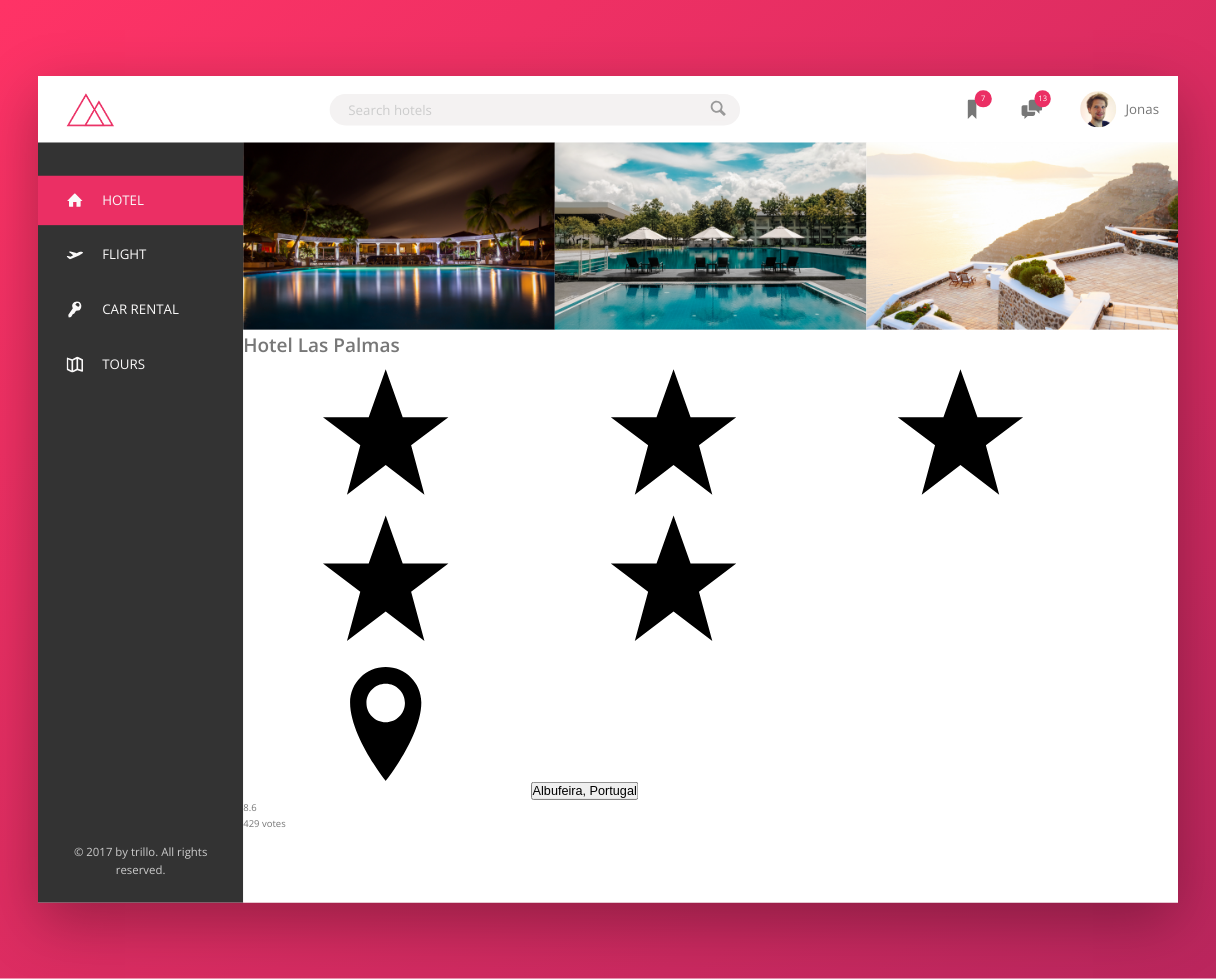
Repository: MalgorzataMazur/Trillo
Page: index.html
An editor plug-in stored every save of this project. The page is shown before and after the next save, followed by the edit.
The browser window is 1280 px wide. The pictures show the whole page, at 95% of full size.
The style sheet was rebuilt from its Sass, Less or Tailwind sources for each picture, by a compiler version that may differ from the author's.

Above is the page before, as saved 2020-03-27 11:59:09.

After the next save:
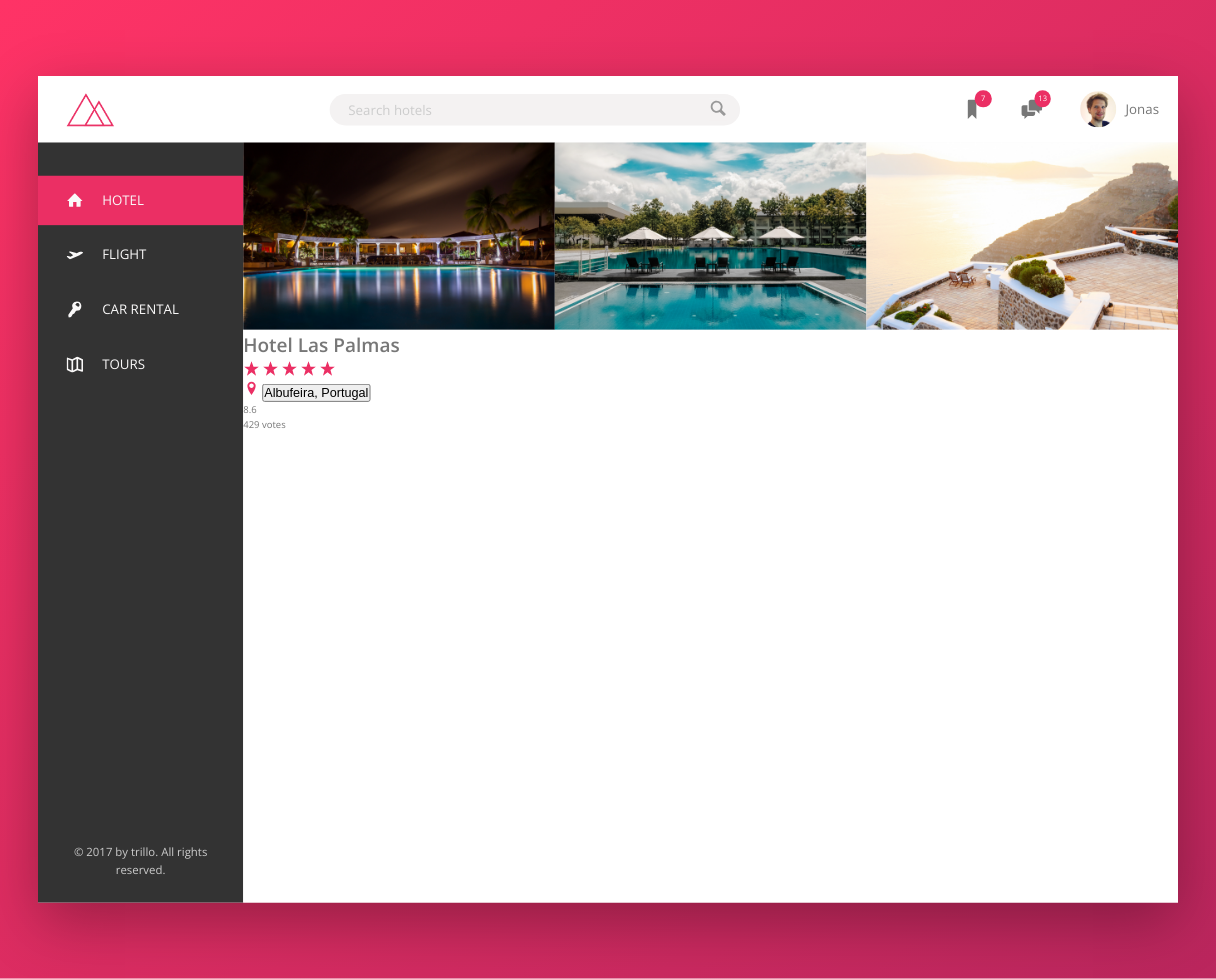
Saved 103 s later.
--- a/sass/_components.scss
+++ b/sass/_components.scss
@@ -221,7 +221,9 @@
 
     &__icon-star,
     &__icon-location {
-
+        width: 1.75rem;
+        height: 1.75rem;
+        fill: var(--color-primary);
     }
 
     &__location {
